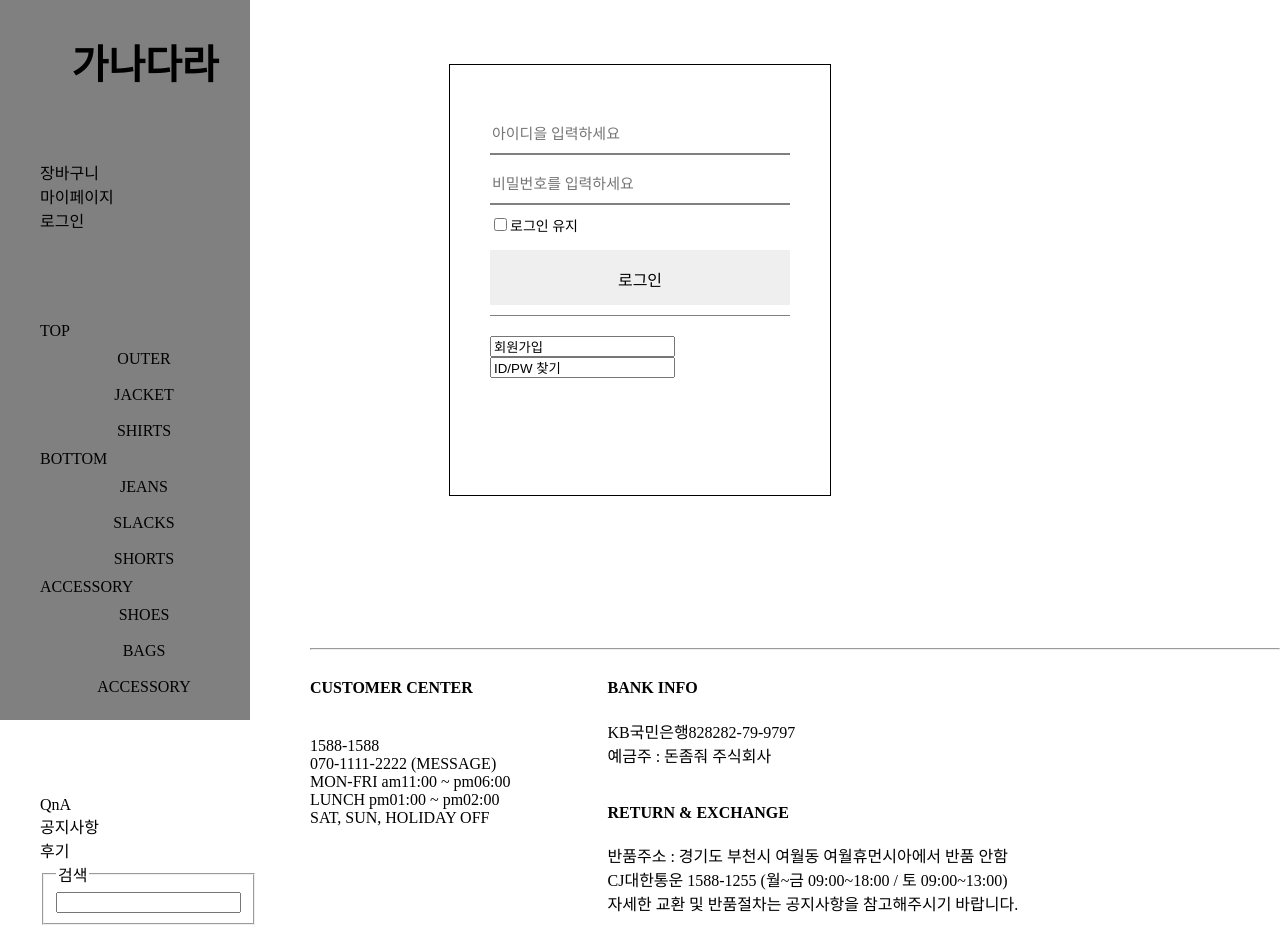
Repository: wonhong1103/springstudy
Page: http://localhost/Webpage/WEB-INF/views/member/login.jsp
The author's editor kept a copy of each file at every save. The page is drawn from the files as they stood at one save, then again after the next save.
The browser window is 1280 px wide. The pictures show the whole page.
The page is served by Tomcat 9. Nobody is signed in. Other server files are loaded and not shown. The template is opened directly, without the code that normally fills it, so the values that code supplies are empty.

Above is the page before, as saved 2020-10-16 05:53:19.

### Webpage/src/main/webapp/WEB-INF/views/member/login.jsp
<%@ page language="java" contentType="text/html; charset=UTF-8"
	pageEncoding="UTF-8"%>
<!DOCTYPE html>
<html>
<head>
<meta charset="UTF-8">
<title>로그인 화면</title>
<!-- 전체 css -->
<style type="text/css">
li {list-style: none;}
body, html {height:100%; margin:0px; padding:0px;font-family: 'Times New Roman', serif;}
a {text-decoration: none;color: black;}
</style>
<!-- 왼 사이드바 -->
<style type="text/css">
#s_sidebar {float: left;background-color: gray;position: fixed;width: 250px;height: 100%;}
#s_sidebar ul ul {margin: 2px;padding: 2px;position: relative;text-align: center;}
#s_sidebar ul li li {width: 200px;height: 30px;line-height: 30px;}
#s_sidebar ul ul li:hover {background: darkgray;}
#s_sidebar ul ul li:hover ul {display: block;}
#s_sidebar ul ul li a {width: 200px;height: 30px;line-height: 30px}
#s_sidebar ul ul ul {display: none;position: absolute;left: 205px;top: 0px;background-color: gray}
</style>
<!-- 로그인 css -->
<style>

table {
    border-collapse: collapse;
    border-spacing: 0;
}
    .wrapper { width:100%; height:80%; padding-top:5%; font-family: '돋움';}
    .main { }

    .login_box { width:300px; height:350px; padding: 40px; margin: 0 auto;
                  border: 1px solid black;}
    .login_box .input_login { border-bottom: 2px solid gray; padding: 20px 0 9px 0;}
    .login_box .input_login input { width: 100%; color: gray; font-size: 15px; border:none; font-family:inherit;}
    .login_box .check { color: black; font-size: 14px; padding: 10px 0px 15px 0px; font-family: '돋움';}

    .login_box  .login input { width:100%; height:55px;  font-size:16px;
                               padding:17px 0 16px; border:0; cursor:pointer; font-family:'돋움';}

    .login_box .last { width:100%; margin-top:10px; border-top:1px solid gray; padding-top:20px;}
    .login_box .last .join { float:left;}
    .login_box .last .search { float:right;}
    .login_box .last .join a { color: skyblue;}
    .login_box .last .search a { color:gray;}
</style>


<!-- 로그인 스크립트 -->
<script type="text/javascript">
	function login_ok(f) {
		f.action = "login_ok.do";
		f.submit();
		if (document.getElementById("login_id").value != document
				.getElementById("hidden1").value) {
			alert("아이디가 틀렸습니다.");
		}
		if (document.getElementById("login_pw").value != document
				.getElementById("hidden2").value) {
			alert("비밀번호가 틀렸습니다.");
		}
	}
	function join_go(f) {
		f.action = "join.do";
		f.submit();
	}
	function fidnidpw_go(f) {
		f.action = "findidpw.do";
		f.submit();
	}
</script>

</head>
<body>
	<!-- 헤더 (암것도 없음) -->
	<header id="main_header"> </header>

	<!-- 왼쪽메뉴바 -->
	<nav id="sidebar">

		<div id="s_sidebar">
			<ul>
				<div id="title">
					<h1 style="Font-size: 40px; text-align: center;">
						<a href="home.html">가나다라</a>
					</h1>
					<br> <br>
					<div id="main_gnb">
						<li class="m_bar"><a href="#">장바구니</a></li>
						<li class="m_bar"><a href="#">마이페이지</a></li>
						<li class="m_bar"><a href="#">로그인</a></li>
					</div>
					<br> <br> <br> <br> <br>
				</div>
				<li>TOP
					<ul>
						<li>OUTER
							<ul>
								<li><a href="#">s menu1</a></li>
								<li><a href="#">s menu2</a></li>
								<li><a href="#">s menu3</a></li>
							</ul>
						</li>
					</ul>
					<ul>
						<li>JACKET
							<ul>
								<li><a href="#">s menu1</a></li>
								<li><a href="#">s menu2</a></li>
								<li><a href="#">s menu3</a></li>
							</ul>
						</li>
					</ul>
					<ul>
						<li>SHIRTS
							<ul>
								<li><a href="#">s menu1</a></li>
								<li><a href="#">s menu2</a></li>
								<li><a href="#">s menu3</a></li>
							</ul>
						</li>
					</ul>
				</li>

				<li>BOTTOM
					<ul>
						<li>JEANS
							<ul>
								<li><a href="#">s menu1</a></li>
								<li><a href="#">s menu2</a></li>
								<li><a href="#">s menu3</a></li>
							</ul>
						</li>
					</ul>
					<ul>
						<li>SLACKS
							<ul>
								<li><a href="#">s menu1</a></li>
								<li><a href="#">s menu2</a></li>
								<li><a href="#">s menu3</a></li>
							</ul>
						</li>
					</ul>
					<ul>
						<li>SHORTS
							<ul>
								<li><a href="#">s menu1</a></li>
								<li><a href="#">s menu2</a></li>
								<li><a href="#">s menu3</a></li>
							</ul>
						</li>
					</ul>
				</li>

				<li>ACCESSORY
					<ul>
						<li>SHOES
							<ul>
								<li><a href="#">s menu1</a></li>
								<li><a href="#">s menu2</a></li>
								<li><a href="#">s menu3</a></li>
							</ul>
						</li>
					</ul>
					<ul>
						<li>BAGS
							<ul>
								<li><a href="#">s menu1</a></li>
								<li><a href="#">s menu2</a></li>
								<li><a href="#">s menu3</a></li>
							</ul>
						</li>
					</ul>
					<ul>
						<li>ACCESSORY
							<ul>
								<li><a href="#">ring</a></li>
								<li><a href="#">necklace</a></li>
								<li><a href="#">watch</a></li>
							</ul>
						</li>
					</ul>
				</li>
				<br>
				<br>
				<br>
				<br>
				<br>
				<div class="other">
					<li><a href="#">QnA</a></li>
					<li><a href="#">공지사항</a></li>
					<li><a href="#">후기</a></li>
				</div>

				<form>
					<fieldset class="width: 150px;">
						<legend>검색</legend>
						<input id="keyword" name="keyword" fw-filter="" fw-label="검색어"
							fw-msg="" class="inputTypeText" placeholder=""
							onmousedown="SEARCH_BANNER.clickSearchForm(this)" value=""
							type="text">

						<div class="searchbtn"
							onclick="SEARCH_BANNER.submitSearchBanner(this); return false;">
							<i class="xi-search" aria-hidden="true"></i>
						</div>

					</fieldset>
				</form>
			</ul>
		</div>
	</nav>

	<!-- 로그인창 -->
 <div class="wrapper">
        <div class="main">
            <div class="login_box">
                <div class="input_login">
                    <input type="text" name="m_id" placeholder="아이디을 입력하세요">
                </div>
                <div class="input_login">
                    <input type="password" name="m_pw" placeholder="비밀번호를 입력하세요">
                </div>
                <div class="check">
                    <label><input type="checkbox">로그인 유지</label>
                </div>
                <div class="login">
                    <input type="button" value="로그인" onclick="login_ok(this.form)">
                </div>
                <div class="last">
               	 	<input class="button" type="text" value="회원가입" onclick="join_go(this.form)">
                	<input class="button" type="text" value="ID/PW 찾기" onclick="findidpw_go(this.form)">
                    <!-- <div class="join"><a href="join_go(this.form)">회원가입</a></div>
                    	 <div class="search"><a href="findidpw_go(this.form)">ID/PW 찾기</a></div>
                    -->
                </div>
            </div>
        </div>
    </div>

	<!-- 하단 -->

	<footer style="margin-left: 310px; margin-right: auto; ">
		<hr>
		<div style="display: block; float: left; margin-right: 10%;">

			<p>
			<h4>CUSTOMER CENTER</h4>
			<br> 1588-1588<br> 070-1111-2222 (MESSAGE)<br> MON-FRI
			am11:00 ~ pm06:00<br> LUNCH pm01:00 ~ pm02:00<br> SAT, SUN,
			HOLIDAY OFF<br>
			</p>
		</div>

		<div style="display: block; float: left; margin-right: 10%;">
			<p>
			<h4>BANK INFO</h4>
			KB국민은행828282-79-9797 <br> 예금주 : 돈좀줘 주식회사<br>
			</p>
		</div>
		<div style="display: block; float: left; margin-right: 10%;">
			<p>
			<h4>RETURN & EXCHANGE</h4>
			반품주소 : 경기도 부천시 여월동 여월휴먼시아에서 반품 안함<br> CJ대한통운 1588-1255 (월~금
			09:00~18:00 / 토 09:00~13:00)<br> 자세한 교환 및 반품절차는 공지사항을 참고해주시기
			바랍니다.<br>
			</p>
		</div>
	</footer>
</body>
</html>

After the next save:
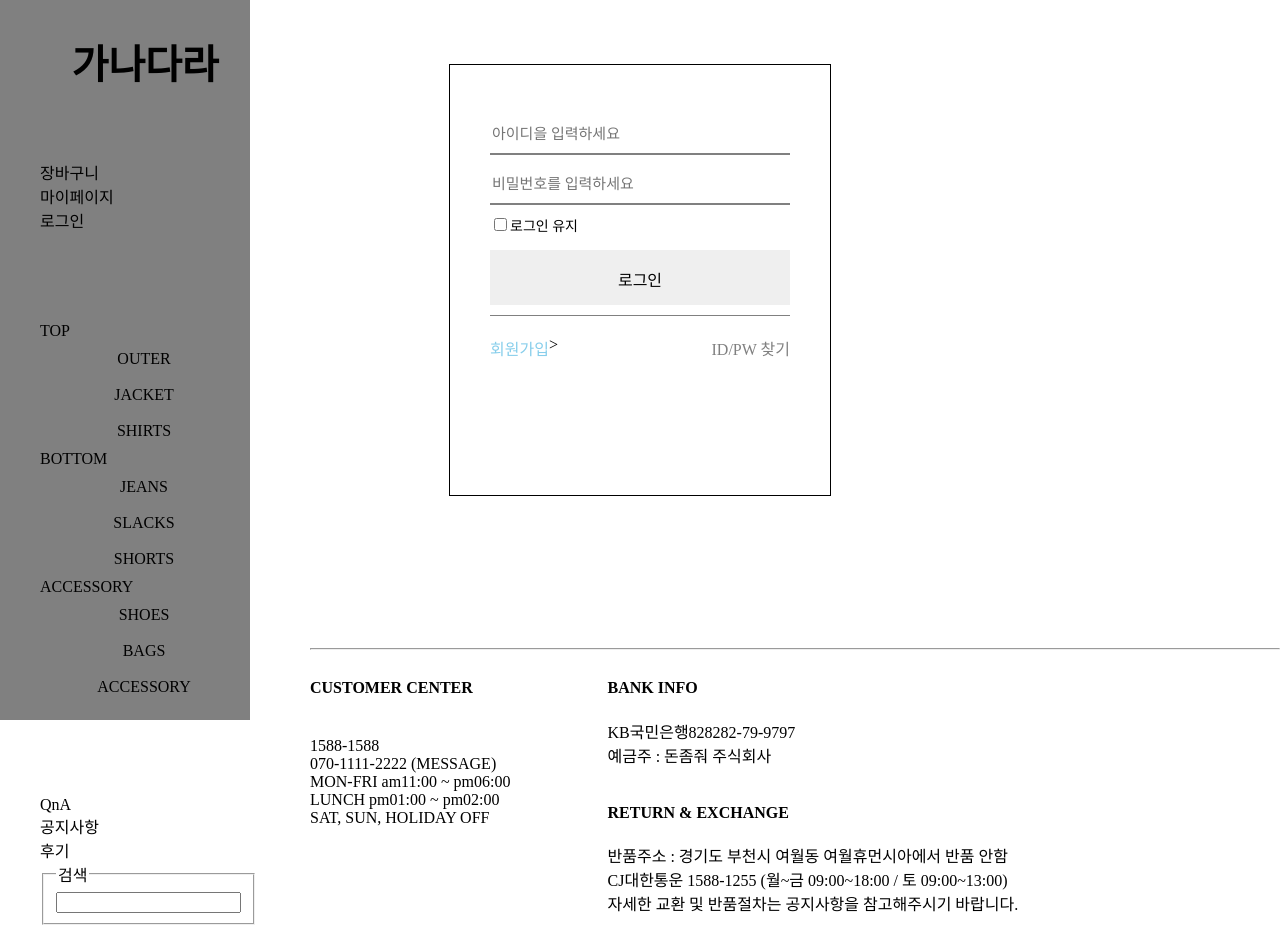
Saved 5 min 32 s later.
--- a/Webpage/src/main/webapp/WEB-INF/views/member/login.jsp
+++ b/Webpage/src/main/webapp/WEB-INF/views/member/login.jsp
@@ -230,11 +230,11 @@ table {
                     <input type="button" value="로그인" onclick="login_ok(this.form)">
                 </div>
                 <div class="last">
-               	 	<input class="button" type="text" value="회원가입" onclick="join_go(this.form)">
-                	<input class="button" type="text" value="ID/PW 찾기" onclick="findidpw_go(this.form)">
-                    <!-- <div class="join"><a href="join_go(this.form)">회원가입</a></div>
-                    	 <div class="search"><a href="findidpw_go(this.form)">ID/PW 찾기</a></div>
-                    -->
+               	 	<!-- <input class="button" type="text" value="회원가입" onclick="join_go(this.form)">
+                	<input class="button" type="text" value="ID/PW 찾기" onclick="findidpw_go(this.form)" -->>
+                    <div class="join"><a href="join_go(this.form)">회원가입</a></div>
+                    <div class="search"><a href="findidpw_go(this.form)">ID/PW 찾기</a></div>
+
                 </div>
             </div>
         </div>
